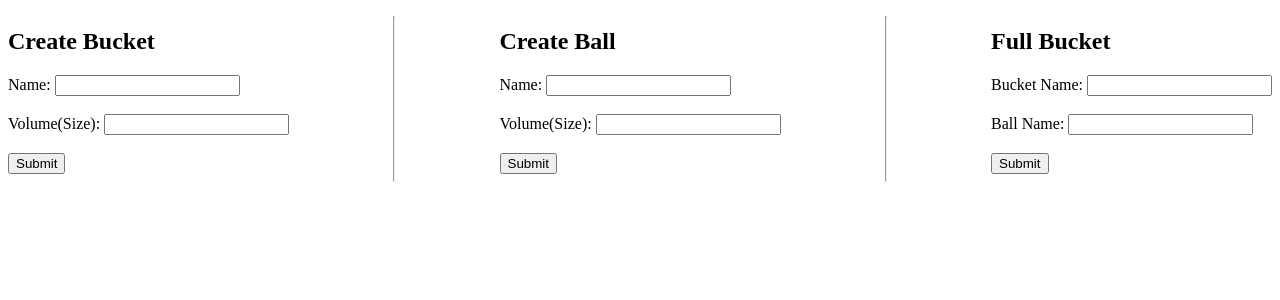
Repository: RajatPalankar8/nodejs_bucket_ball_task_new
Page: http://localhost/
These files come from the project's save history. The page is drawn as it stood at one moment and after the next save; the edit follows.
The browser window is 1280 px wide. The pictures show the whole page.
The page is served by the project's Node server (index.js). Queries for data that is not in the repository find no rows.

Above is the page before, as saved 2023-07-17 10:31:54.

After the next save:
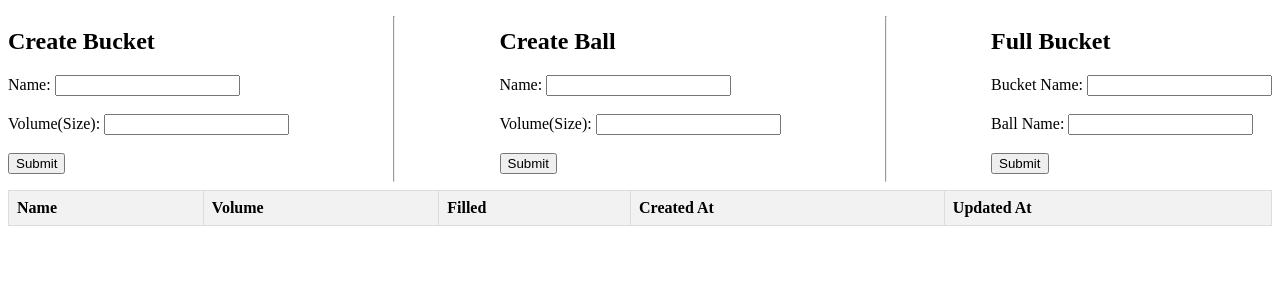
Saved 15 s later.
--- a/views/index.ejs
+++ b/views/index.ejs
@@ -56,6 +56,29 @@
       <p id="form3-response"></p>
     </form>
   </div>
+
+  <table>
+    <thead>
+      <tr>
+        <th>Name</th>
+        <th>Volume</th>
+        <th>Filled</th>
+        <th>Created At</th>
+        <th>Updated At</th>
+      </tr>
+    </thead>
+    <tbody>
+      <% buckets.forEach(bucket => { %>
+        <tr>
+          <td><%= bucket.name %></td>
+          <td><%= bucket.vol %></td>
+          <td><%= bucket.filled.join(', ') %></td>
+          <td><%= bucket.createdAt.toLocaleString() %></td>
+          <td><%= bucket.updatedAt.toLocaleString() %></td>
+        </tr>
+      <% }); %>
+    </tbody>
+  </table>
   <script src="https://cdn.jsdelivr.net/npm/axios/dist/axios.min.js"></script>
   <script>
     // Function to handle form submission
